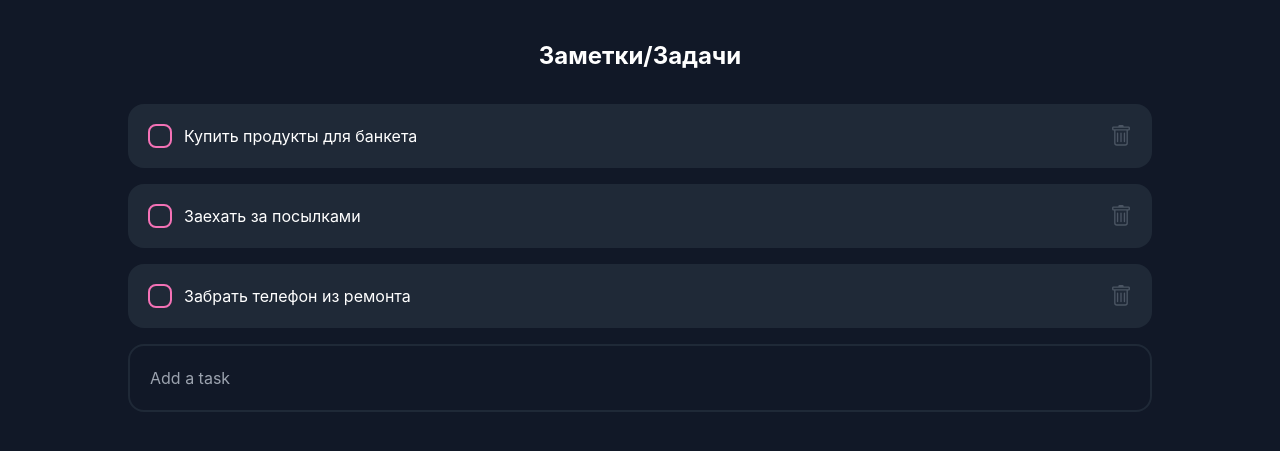
Repository: VachArt/react-exam-work
Page: /about
An editor plug-in stored every save of this project. The page is shown before and after the next save, followed by the edit.
The browser window is 1280 px wide. The pictures show the whole page.
The project was rebuilt for these pictures with package versions that can differ from the ones it lists, and the page was loaded fresh each time.

Above is the page before, as saved 2022-04-27 22:30:48.

### src/index.jsx
import React from 'react'
import ReactDOM from 'react-dom/client'
import './index.css'
import Home from './components/pages/Home/Home'
import Layout from './components/layout/Layout'

const root = ReactDOM.createRoot(document.getElementById('root'));
root.render(
  <React.StrictMode>
    <Layout>
      <Home />
    </Layout>
  </React.StrictMode>
);

### src/components/pages/Home/Home.jsx
import React, { useState } from 'react'
import TodoItem from './item/TodoItem'
import CreateTodoField from './create-todo-field/CreateTodoField'

const data = [
    {
        _id: "efnejhj",
        title: "Купить продукты для банкета",
        isCompleted: false,
    },
    {
        _id: "efnejhrrrr",
        title: "Заехать за посылками",
        isCompleted: false,
    },
    {
        _id: "efnejhj2323",
        title: "Забрать телефон из ремонта",
        isCompleted: false,
    }
]

const Home = () => {
    const [todos, setTodos] = useState(data)

    const changeTodo = (id) => {
        const copy = [...todos]
        const current = copy.find(t => t._id === id)
        current.isCompleted = !current.isCompleted
        setTodos(copy)
    }

    const removeTodo = id => setTodos([...todos].filter(t => t._id !== id))

    const addTodo = (title) => {
        setTodos([
            {
                _id: new Date(),
                title,
                isCompleted: false
            },
            ...todos,
        ])
    }

    window.addTodo = addTodo

    return (
        <div className='text-white w-4/5 mx-auto'>
            <h1 className='text-2xl font-bold text-center mb-8'>Заметки/Задачи</h1>
            {todos.map(todo => (
                <TodoItem
                    key={todo._id}
                    todo={todo}
                    changeTodo={changeTodo}
                    removeTodo={removeTodo}
                />
            ))}
            <CreateTodoField addTodo={addTodo} />
        </div>
    )
}

export default Home

### src/components/layout/Layout.jsx
import React from 'react'

const Layout = ({ children }) => {
    return <div className='py-10 bg-gray-900 h-screen'>{children}</div>
}

export default Layout

### src/components/pages/Home/item/TodoItem.jsx
import React from 'react'
import Check from './Check'
import cn from 'classnames'
import {BsTrash} from 'react-icons/bs'

const TodoItem = ({todo, changeTodo, removeTodo}) => {
    return (
        <div className='flex items-center justify-between mb-4 rounded-2xl bg-gray-800 p-5 w-full'>
            <button className='flex items-center'
                    onClick={() => changeTodo(todo._id)}
            >
                    <Check isCompleted={todo.isCompleted} />
                    <span
                        className={cn({
                            'line-through': todo.isCompleted,
                        })}
                    >
                        {todo.title}
                    </span>
            </button>
            <button onClick={() => removeTodo(todo._id)}>
                <BsTrash
                    size={22}
                    className='text-gray-600 hover:text-red-600
                    transition-colors ease-in-out duration-300'
                />
            </button>
        </div>
    )
}



export default TodoItem

### src/components/pages/Home/create-todo-field/CreateTodoField.jsx
import React, { useState } from "react"

const CreateTodoField = ({addTodo}) => {
    const [title, setTitle] = useState('')

    return (
        <div className='flex items-center justify-between mb-4 rounded-2xl border-gray-800 border-2 p-5 w-full'>
            <input
                type='text'
                onChange={e => setTitle(e.target.value)}
                value={title}
                onKeyPress={e => e.key === 'Enter' && addTodo(title)}
                className='bg-transparent w-full border-none outline-none'
                placeholder='Add a task'
            />
        </div>
    )
}

export default CreateTodoField

### src/components/pages/Home/item/Check.jsx
import React from 'react'
import {BsCheck} from 'react-icons/bs'
import cn from 'classnames'

const Check = ({isCompleted}) => {
    return (
        <div className={cn(`border-2 rounded-lg border-pink-400 w-6 h-6 mr-3 flex items-center justify-center`,
                {
                    'bg-pink-400': isCompleted,
                }
            )}
        >
            {isCompleted && <BsCheck size={24}
            className='text-gray-900'/>}
        </div>
    )
}

export default Check

Loaded but not shown: public/index.html (common file); src/index.css (common file); tailwind.config.js (common file)

After the next save:
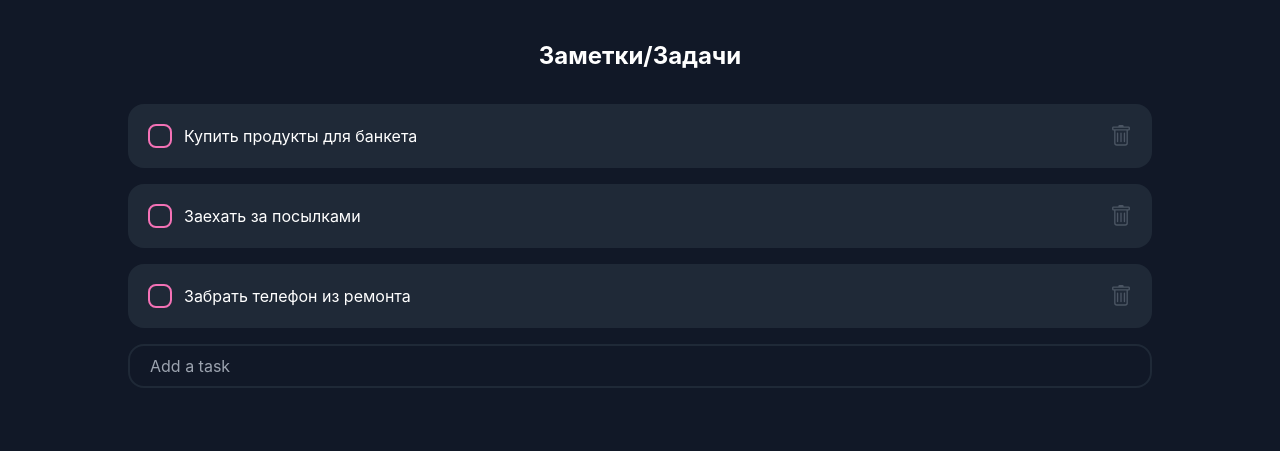
Saved 32 s later.
--- a/src/components/pages/Home/create-todo-field/CreateTodoField.jsx
+++ b/src/components/pages/Home/create-todo-field/CreateTodoField.jsx
@@ -4,7 +4,7 @@ const CreateTodoField = ({addTodo}) => {
     const [title, setTitle] = useState('')
 
     return (
-        <div className='flex items-center justify-between mb-4 rounded-2xl border-gray-800 border-2 p-5 w-full'>
+        <div className='flex items-center justify-between mb-4 rounded-2xl border-gray-800 border-2 px-5 py-2 w-full'>
             <input
                 type='text'
                 onChange={e => setTitle(e.target.value)}
